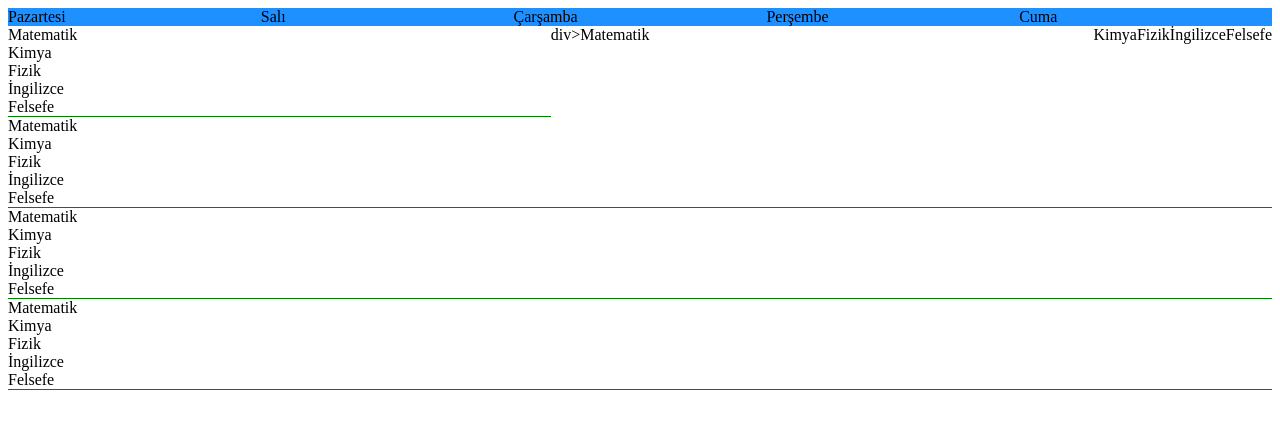
Repository: ahmetbugraozcan/css-ders-programi
Page: deneme.html
An editor plug-in stored every save of this project. The page is shown before and after the next save, followed by the edit.
The browser window is 1280 px wide. The pictures show the whole page.

Above is the page before, as saved 2021-07-10 09:30:56.

### deneme.html
<!DOCTYPE html>
<html lang="en">

<head>
    <meta charset="UTF-8">
    <meta http-equiv="X-UA-Compatible" content="IE=edge">
    <meta name="viewport" content="width=device-width, initial-scale=1.0">
    <title>Document</title>
</head>
<style>
    header {
        background-color: dodgerblue;
    }

    header,
    .row {
        display: flex;
        /* aligns all child elements (flex items) in a row */
    }

    .col :nth-of-type(even){
        background-color: ;
    }
    .col :last-child {
        border-bottom: 1px solid green;
    }

    .col {
        flex: 1;
        /* distributes space on the line equally among items */
    }
</style>

<body>

    <header>
        <div class="col">Pazartesi</div>
        <div class="col">Salı</div>
        <div class="col">Çarşamba</div>
        <div class="col">Perşembe</div>
        <div class="col">Cuma</div>
    </header>
    <div class="row">
        <div class="col">
            <div>Matematik</div>
            <div>Kimya</div>
            <div>Fizik</div>
            <div>İngilizce</div>
            <div>Felsefe</div>
        </div>
        <div class="col">div>Matematik</div><div>Kimya</div>
            <div>Fizik</div>
            <div>İngilizce</div>
            <div>Felsefe</div>
        </div>
        <div class="col">Matematik
            <div>Kimya</div>
            <div>Fizik</div>
            <div>İngilizce</div>
            <div>Felsefe</div>
        </div>
        <div class="col">Matematik<div>Kimya</div>
            <div>Fizik</div>
            <div>İngilizce</div>
            <div>Felsefe</div>
        </div>
        <div class="col">Matematik
            <div>Kimya</div>
            <div>Fizik</div>
            <div>İngilizce</div>
            <div>Felsefe</div>
        </div>
    </div>
</body>

</html>

After the next save:
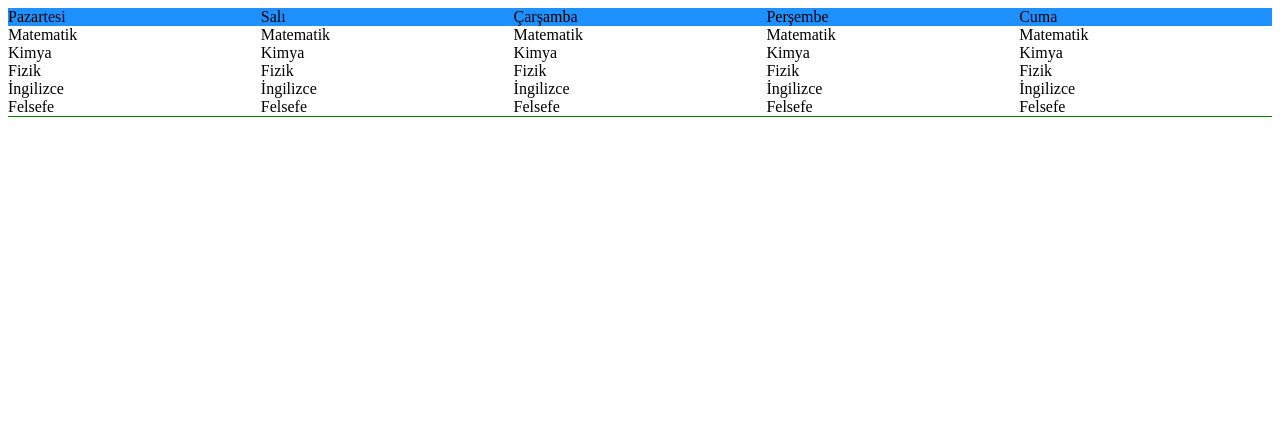
Saved 6 s later.
--- a/deneme.html
+++ b/deneme.html
@@ -48,7 +48,7 @@
             <div>İngilizce</div>
             <div>Felsefe</div>
         </div>
-        <div class="col">div>Matematik</div><div>Kimya</div>
+        <div class="col"><div>Matematik</div><div>Kimya</div>
             <div>Fizik</div>
             <div>İngilizce</div>
             <div>Felsefe</div>
